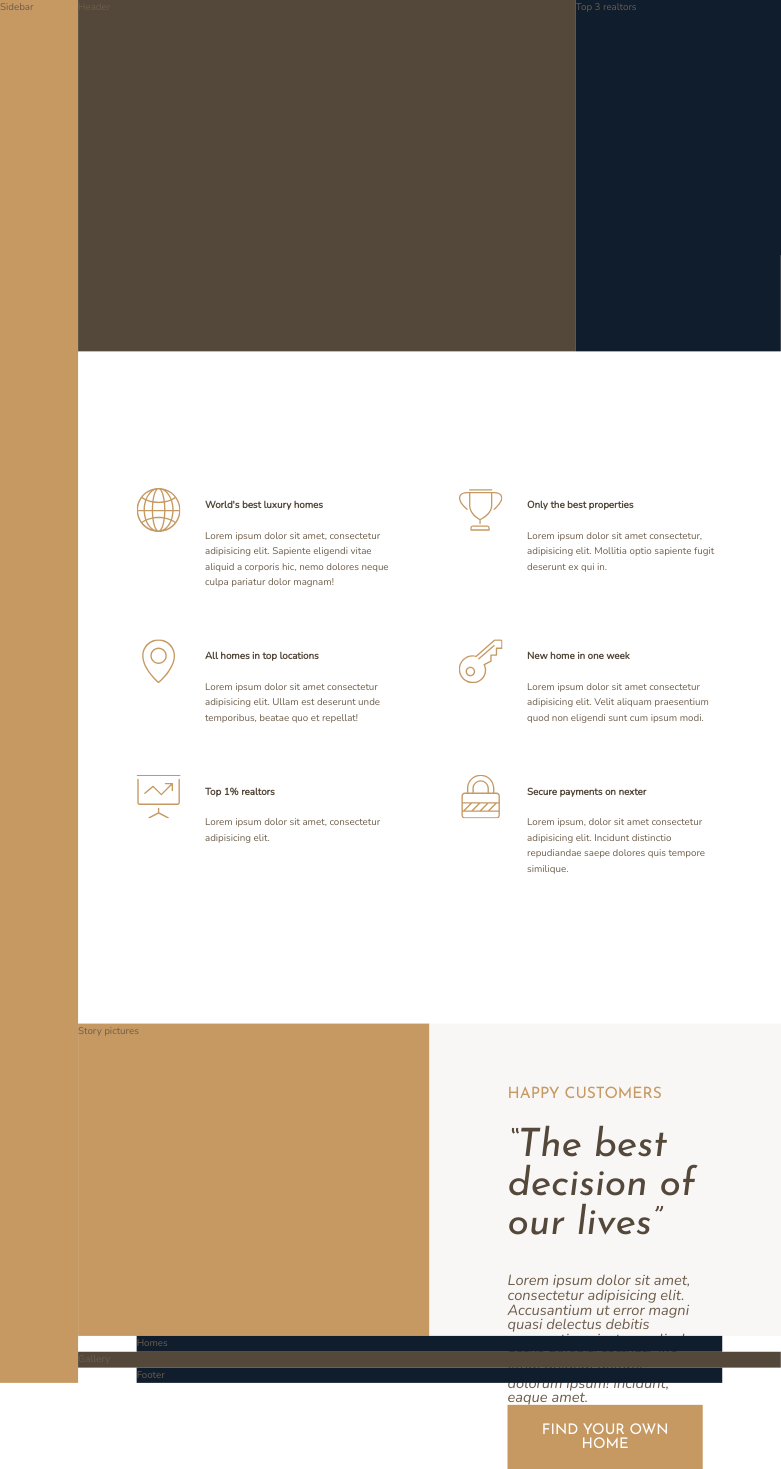
Repository: achwesiuk/nexter
Page: index.html
The author's editor kept a copy of each file at every save. The page is drawn from the files as they stood at one save, then again after the next save.
The browser window is 1280 px wide. The pictures show the whole page, at 61% of full size.
The style sheet was rebuilt from its Sass, Less or Tailwind sources for each picture, by a compiler version that may differ from the author's.

Above is the page before, as saved 2021-02-23 11:21:38.

After the next save:
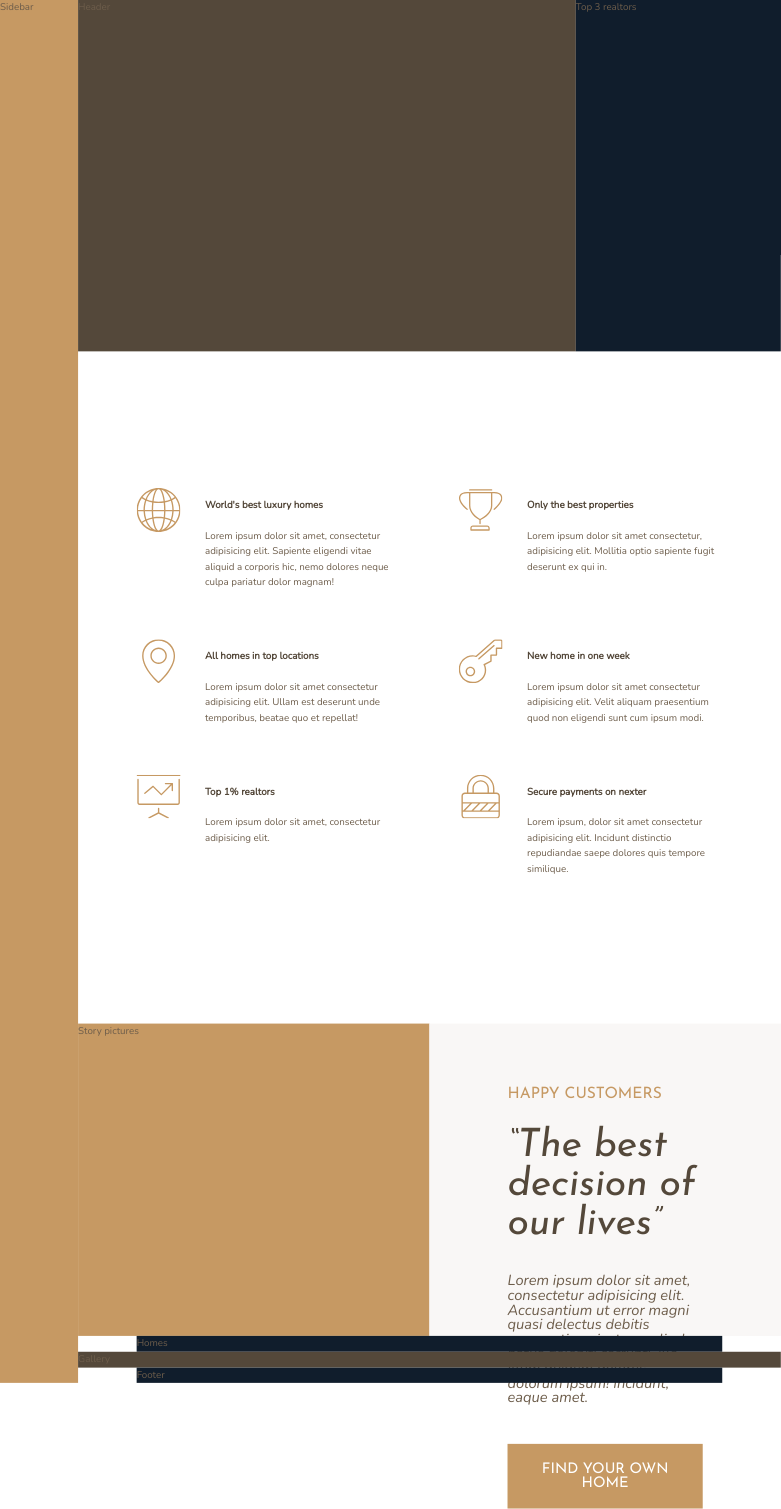
Saved 1 s later.
--- a/sass/_story.scss
+++ b/sass/_story.scss
@@ -16,5 +16,6 @@
         font-size: 1.5rem;
         font-style: italic;
         line-height: 1;
+        margin-bottom: 4rem;
     }
 }
